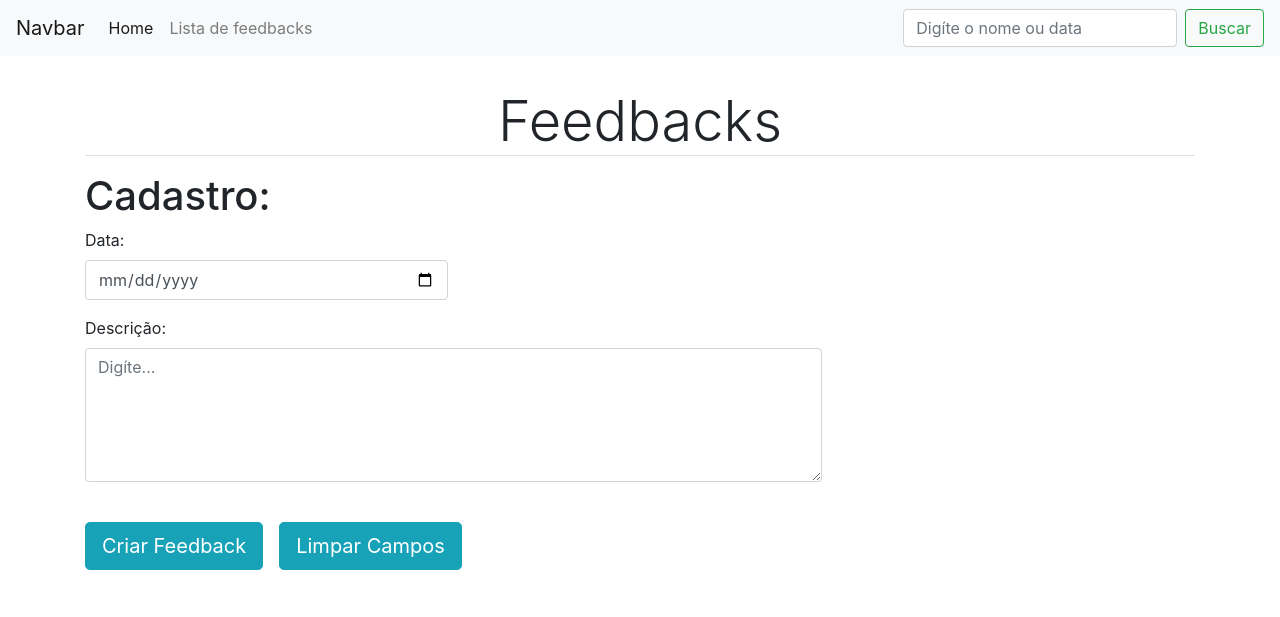
Repository: JulioSantooz/maisViagensSegundaVersao
Page: java-web(eclipse)/java-crud-mais-viagens/src/main/webapp/descricao.html
An editor plug-in stored every save of this project. The page is shown before and after the next save, followed by the edit.
The browser window is 1280 px wide. The pictures show the whole page.
Some web libraries are served in a nearby version.

Above is the page before, as saved 2022-02-06 15:41:28.

After the next save:
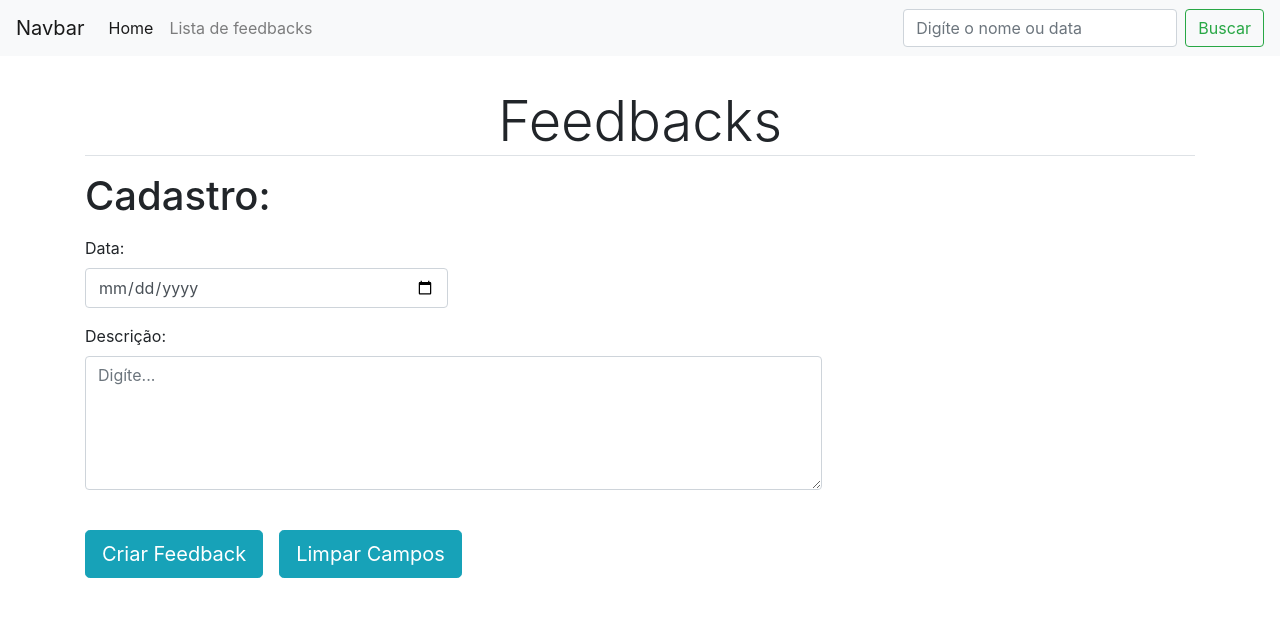
Saved 9 s later.
--- a/java-web(eclipse)/java-crud-mais-viagens/src/main/webapp/descricao.html
+++ b/java-web(eclipse)/java-crud-mais-viagens/src/main/webapp/descricao.html
@@ -39,7 +39,7 @@
 				</div>
 			</div>
 			<form action="CreateAndFind" method="POST">
-                <div class="form-row d-flex flex-column">
+                <div class="form-row mt-2 d-flex flex-column">
                     <div class="form-group col-4">
                         <label for="" class="float-left">Data:</label>
                         <input name="data" type="date" class="form-control" id="">
